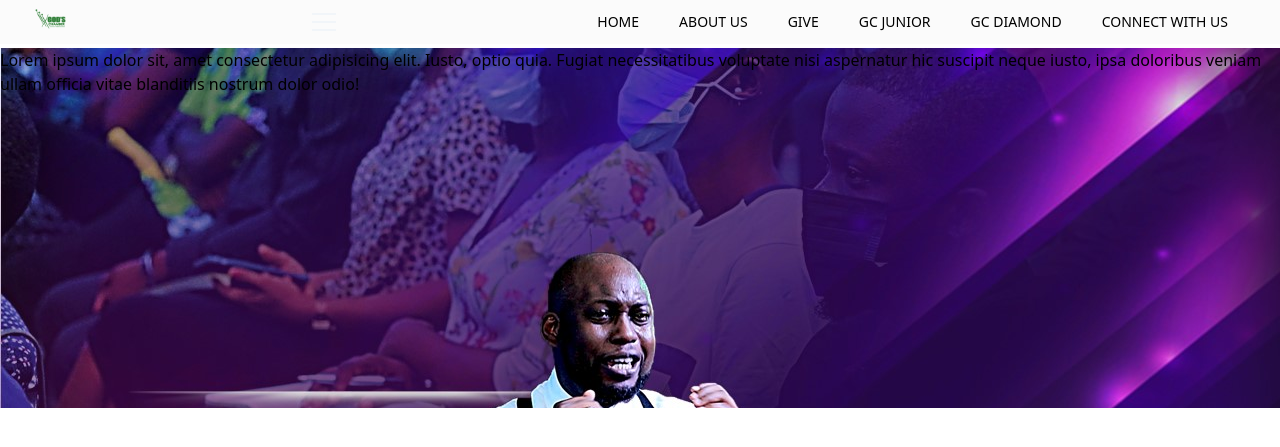
Repository: hisreal123/godschamber-church-main
Page: /
An editor plug-in stored every save of this project. The page is shown before and after the next save, followed by the edit.
The browser window is 1280 px wide. The pictures show the whole page.
The project was rebuilt for these pictures with package versions that can differ from the ones it lists, and the page was loaded fresh each time. The framework's server and built-in components were replaced by stand-ins that run in the browser. Also part of the build but not shown: next.config.js.

Above is the page before, as saved 2022-08-14 22:22:43.

### pages/index.tsx
import type { NextPage } from "next";
import Head from "next/head";
import Banner from "../components/Banner";
import Footer from "../components/Footer";

import Header from "../components/Header";

const Home: NextPage = () => {
  return (
    <div className="">
      <Head>
        <title>Create Next App</title>
        <meta name="description" content="Generated by create next app" />
        <link rel="icon" href="/favicon.ico" />
      </Head>

      <Header />
      <p>Hi</p>
      <Footer />
      <Banner />
    </div>
  );
};

export default Home;

### components/Banner.tsx
import React from "react";

const Banner = () => {
  return (
    <div className=" bg-image bg-no-repeat bg-center relative h-[360px] ">
      Lorem ipsum dolor sit, amet consectetur adipisicing elit. Iusto, optio
      quia. Fugiat necessitatibus voluptate nisi aspernatur hic suscipit neque
      iusto, ipsa doloribus veniam ullam officia vitae blanditiis nostrum dolor
      odio!
    </div>
  );
};

export default Banner;

### components/Header.tsx
import React, { useState, useEffect } from "react";
import logo from "/public/assets/PageLogo.png";
import Nav from "./Navs";
import Image from "next/image";
import { BiMenu } from "react-icons/bi";
import HamBuger from "./HamBuger";

const Header = () => {
  const [toggle, setToggle] = useState(true);

  // function to handle toggle and set toggle to opposite of it
  const handleToggle = () => {
    setToggle(!toggle);
  };

  useEffect(() => {
    console.log(" Consoled !!!");
  }, []);

  //  variable style for CustomStyle from ListItems Component
  const LinkStyle =
    " w-full block py-3 px-0 hover:text-white hover:bg-[#0C4E12] pl-2 text-sm md:px-5 md:m-0 md:bg-[transparent]";

  return (
    <div className="z-10 fixed top-0 w-full bg-[#FBFBFB] md:flex justify-between md:items-center ">
      <div className="mobile bg-[#222222] md:bg-[#fbfbfb] relative flex items-center  px-3 justify-between w-full md:px-8   ">
        <a href="http://www.facebok.com" className="">
          <Image
            src={logo}
            alt=" Page logo"
            height="35"
            width="38"
            // layout=" fixed "
            objectFit="contain"
          />
        </a>

        {/* <div className=" md:hidden" onClick={handleToggle}>
          <BiMenu size="2rem" color="white" />
        </div> */}

        <HamBuger handleClick={handleToggle} />

        <div className="hidden md:flex md:items-center transition-all">
          <Nav url="www.fb.com " item="HOME" CustomStyle={LinkStyle} />
          <Nav url="www.fb.com " item="ABOUT US" CustomStyle={LinkStyle} />
          <Nav url="www.fb.com " item="GIVE" CustomStyle={LinkStyle} />
          <Nav url="www.fb.com " item="GC JUNIOR" CustomStyle={LinkStyle} />
          <Nav url="www.fb.com " item="GC DIAMOND" CustomStyle={LinkStyle} />
          <Nav
            url="www.fb.com "
            item="CONNECT WITH US "
            CustomStyle={LinkStyle}
          />
        </div>
      </div>

      {/* nav List */}
      {!toggle && (
        <div className="transition-all">
          <Nav url="www.fb.com " item="HOME" CustomStyle={LinkStyle} />
          <Nav url="www.fb.com " item="ABOUT US" CustomStyle={LinkStyle} />
          <Nav url="www.fb.com " item="GIVE" CustomStyle={LinkStyle} />
          <Nav url="www.fb.com " item="GC JUNIOR" CustomStyle={LinkStyle} />
          <Nav url="www.fb.com " item="GC DIAMOND" CustomStyle={LinkStyle} />
        </div>
      )}
    </div>
  );
};

export default Header;

### components/Navs.tsx
import React from "react";
import ListItems from "./ListItems";
import { NavProps } from "./NavProps";

const Nav = (props: NavProps) => {
  return (
    <nav className="">
      <ListItems
        url={props.url}
        item={props.item}
        CustomStyle={props.CustomStyle}
      />
    </nav>
  );
};

export default Nav;

// TODO: Passed the  Listitem into this Parent component and passed same to Header Component ,since we could reuse the ListItem component in the Footer also

### components/HamBuger.tsx
import React, { useState } from "react";

// TODO: Fix toggle from whatever

type HamBugerProps = {
  handleClick: () => {};
  toggle: string;
};
const HamBuger: React.FC<HamBugerProps> = ({ handleClick, toggle }) => {
  const [swap, setSwap] = useState(true);

  return (
    <div className="group" onClick={handleClick}>
      <div className=" bg-slate-100 h-[.1rem] w-6 mb-[.4rem] group-hover:mt-[.3rem] group-hover:rotate-[45deg] group-hover:m-0 "></div>
      <div className=" bg-slate-100 h-[.1rem] w-6  group-hover:mb-[.3rem ] group-hover:bg-red-400 group-hover:-rotate-[45deg]"></div>
      <div className=" bg-slate-100 h-[.1rem] w-6  mt-[.4rem] group-hover:hidden"></div>
    </div>
  );
};

export default HamBuger;

### components/ListItems.tsx
import React from "react";
import { NavProps } from "./NavProps";

const ListItems = (props: NavProps) => {
  return (
    <div className=" ">
      <a href={props.url} key={props.item} className={props.CustomStyle}>
        {props.item}
      </a>
    </div>
  );
};

export default ListItems;

### tailwind.config.js
/** @type {import('tailwindcss').Config} */
module.exports = {
  content: [
    "./pages/**/*.{js,ts,jsx,tsx}",
    "./components/**/*.{js,ts,jsx,tsx}",
  ],
  theme: {
    extend: {
      backgroundImage: {
        image: "url('/public/assets/banner.jpg')",
      },
    },
  },
  plugins: [],
};

Loaded but not shown: pages/_app.tsx (common file); styles/globals.css (common file); components/Footer.tsx (common file)

After the next save:
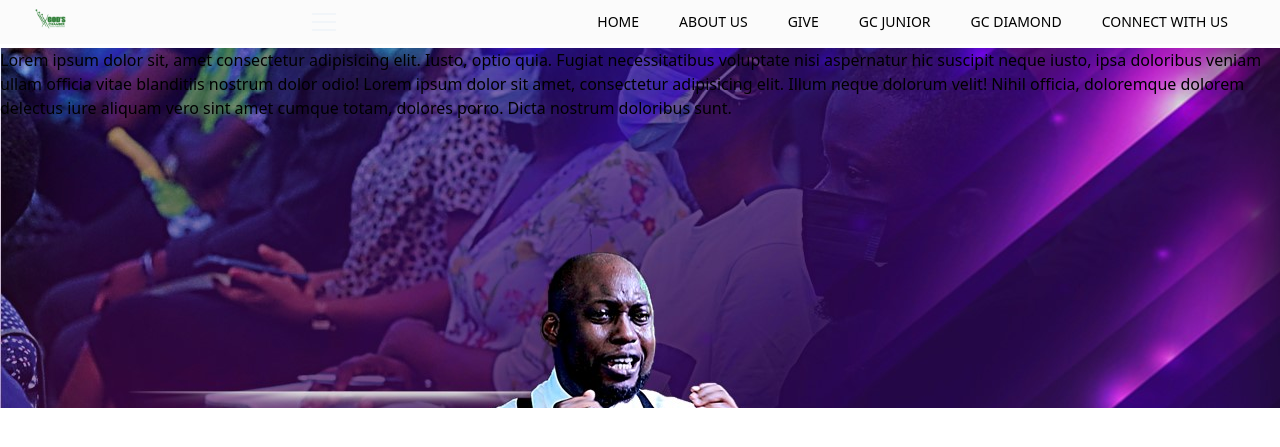
Saved 8 s later.
--- a/components/Banner.tsx
+++ b/components/Banner.tsx
@@ -7,6 +7,8 @@ const Banner = () => {
       quia. Fugiat necessitatibus voluptate nisi aspernatur hic suscipit neque
       iusto, ipsa doloribus veniam ullam officia vitae blanditiis nostrum dolor
       odio!
+
+      Lorem ipsum dolor sit amet, consectetur adipisicing elit. Illum neque dolorum velit! Nihil officia, doloremque dolorem delectus iure aliquam vero sint amet cumque totam, dolores porro. Dicta nostrum doloribus sunt.
     </div>
   );
 };
